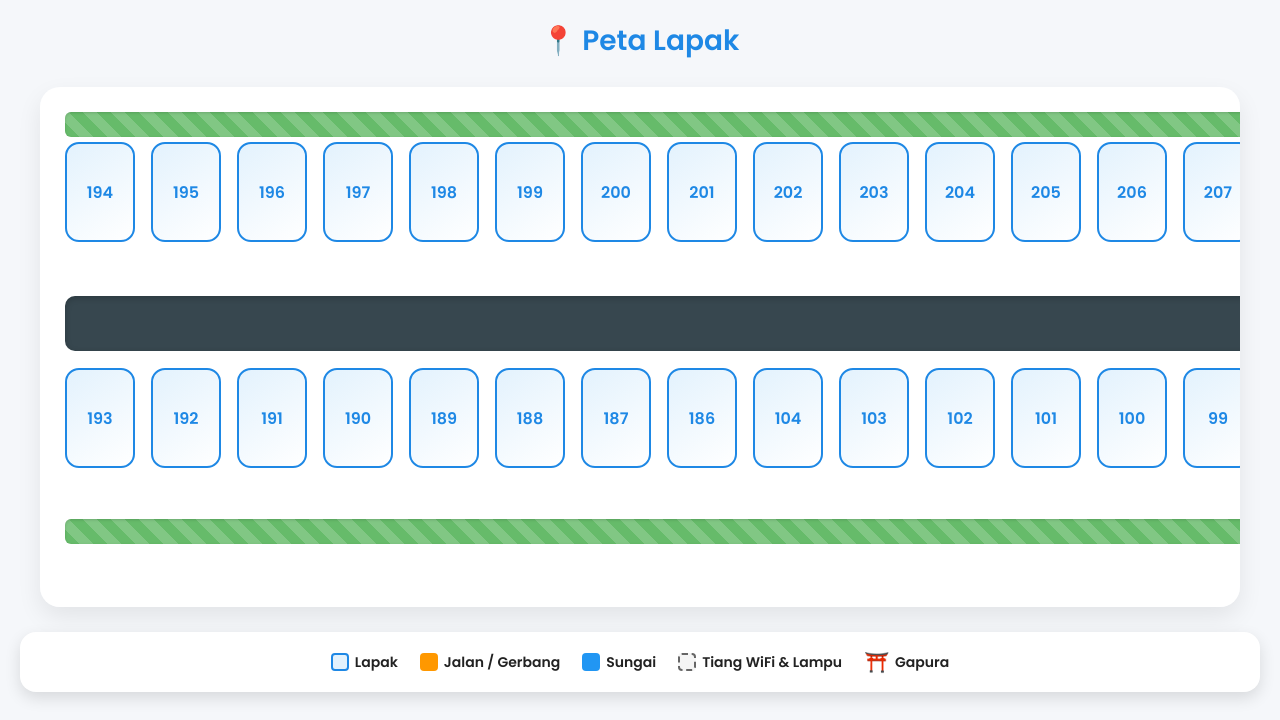
Repository: pasarrakyatbak/denah
Page: index.html
These files come from the project's save history. The page is drawn as it stood at one moment and after the next save; the edit follows.
The browser window is 1280 px wide. The pictures show the whole page.

Above is the page before, as saved 2025-09-19 19:43:36.

### index.html
<!DOCTYPE html>
<html lang="id">

<head>
    <meta charset="utf-8" />
    <meta name="viewport" content="width=device-width, initial-scale=1" />
    <title>Peta Lapak Modern</title>
    <link href="https://fonts.googleapis.com/css2?family=Poppins:wght@400;600&display=swap" rel="stylesheet">
    <link rel="stylesheet" href="style.css" />
</head>

<body>
    <h1>📍 Peta Lapak</h1>

    <!-- Tooltip -->
    <div class="tooltip" id="tooltip"></div>

    <!-- Grid Container -->
    <div class="scroll-container">
        <div class="h-inner">
            <!-- Rumput kiri -->
            <div class="rumput-wrapper">
                <div class="rumput"></div>
            </div>

            <!-- Lapak kanan (sekarang di atas jalan utama) -->
            <div class="row bottom" id="right-side"></div>
            <!-- Jalan utama -->
            <div class="road-wrapper">
                <div class="road">JALAN UTAMA</div>
            </div>

            <!-- Lapak kiri (sekarang di bawah jalan utama) -->
            <div class="row top" id="left-side"></div>

            <!-- Rumput kanan -->
            <div class="rumput-wrapper">
                <div class="rumput"></div>
            </div>
        </div>
    </div>


    <!-- Legend -->
    <div class="legend">
        <div>
            <div class="legend-color lapak-color"></div> Lapak
        </div>
        <div>
            <div class="legend-color jalan-color"></div> Jalan / Gerbang
        </div>
        <div>
            <div class="legend-color sungai-color"></div> Sungai
        </div>
        <div>
            <div class="legend-color tiang-color"></div> Tiang WiFi & Lampu
        </div>
        <div>
            <div class="legend-icon">⛩️</div> Gapura
        </div>
    </div>
    </div>

    <script src="script.js"></script>
</body>

</html>

### style.css
/* Reset & Base */
* {
    margin: 0;
    padding: 0;
    box-sizing: border-box;
}

body {
    font-family: 'Poppins', sans-serif;
    background: #f5f7fa;
    color: #222;
    padding: 20px;
    text-align: center;
}

h1 {
    font-size: 28px;
    margin-bottom: 25px;
    color: #1e88e5;
    font-weight: 700;
}

/* Scroll container */
.scroll-container {
    width: 100%;
    max-width: 1200px;
    height: 520px;
    overflow: auto;
    background: #fff;
    border-radius: 20px;
    padding: 25px;
    box-shadow: 0 10px 25px rgba(0, 0, 0, 0.08);
    margin: auto;
}

.h-inner {
    display: flex;
    flex-direction: column;
    gap: 5px;
    min-width: max-content;
}

.row {
    display: flex;
    gap: 16px;
    align-items: flex-start;
    flex-wrap: wrap;
    min-width: max-content;
}

/* Lapak modern */
.lapak {
    width: 70px;
    height: 100px;
    border-radius: 14px;
    background: linear-gradient(145deg, #e3f2fd, #ffffff);
    border: 2px solid #1e88e5;
    color: #1e88e5;
    font-weight: 600;
    display: flex;
    align-items: center;
    justify-content: center;
    cursor: pointer;
    font-size: 16px;
    transition: all 0.3s ease;
}

.lapak:hover {
    background: #1e88e5;
    color: #fff;
    transform: translateY(-6px) scale(1.08);
    box-shadow: 0 10px 18px rgba(30, 136, 229, 0.35);
}

/* Jalan utama */
.road {
    height: 85px;
    background: #37474f;
    color: #fff;
    display: flex;
    align-items: center;
    justify-content: center;
    border-radius: 14px;
    font-weight: 700;
    font-size: 16px;
    margin: 12px 0;
    letter-spacing: 1px;
    box-shadow: inset 0 2px 6px rgba(0, 0, 0, 0.2);
}

/* Jalan / Gerbang */
.jalan-gerbang {
    width: 150px;
    height: 50px;
    background: #ff9800;
    color: #fff;
    display: flex;
    align-items: center;
    justify-content: center;
    border-radius: 12px;
    font-weight: 700;
    transition: all 0.3s;
    box-shadow: 0 4px 12px rgba(255, 152, 0, 0.3);
}

.jalan-gerbang:hover {
    background: #fb8c00;
    transform: translateY(-4px);
}

/* Gapura lintas jalan */
.gapura-container {
    width: 70px;
    height: 100px;
    display: flex;
    flex-direction: column;
    align-items: center;
    justify-content: center;
    gap: 4px;
}

.gapura-icon {
    font-size: 26px;
}

.gapura-arrow {
    font-size: 18px;
}

/* Sungai */
.sungai-bawah {
    background: linear-gradient(180deg, #2196f3 0%, #64b5f6 100%);
    border-radius: 12px;
    color: #fff;
    font-weight: 600;
    display: flex;
    align-items: center;
    justify-content: center;
    font-size: 0.85em;
    width: 120%;
    height: 40px;
    box-shadow: 0 3px 8px rgba(33, 150, 243, 0.4);
}

.sungai-atas {
    background: linear-gradient(90deg, #00bfff, #4fc3f7);
    color: #fff;
    font-size: 12px;
    font-weight: bold;
    padding: 4px 10px;
    border-radius: 8px;
    margin-bottom: 5px;
}

/* Tiang WiFi + Lampu */
.tiang-container {
    position: relative;
    top: 50px;
    left: 52%;
    transform: translateX(-50%);
    z-index: 5;
    min-width: 120px;
    padding: 8px 12px;
    background: #fafafa;
    border: 2px dashed #666;
    border-radius: 16px;
    display: flex;
    align-items: center;
    justify-content: center;
    gap: 12px;
    font-size: 22px;
    font-weight: bold;
    color: #444;
    box-shadow: inset 0 2px 6px rgba(0, 0, 0, 0.05);
}

.tiang-label {
    font-size: 11px;
    font-weight: 600;
    color: #222;
}


/* Tooltip */
.tooltip {
    position: absolute;
    background: rgba(30, 136, 229, 0.95);
    color: #fff;
    padding: 7px 12px;
    border-radius: 8px;
    font-size: 13px;
    pointer-events: none;
    opacity: 0;
    transition: opacity 0.2s, transform 0.2s;
    z-index: 10;
    transform: translateY(-4px);
}

/* Legend */
.legend {
    margin-top: 25px;
    background: #fff;
    padding: 14px 20px;
    border-radius: 16px;
    box-shadow: 0 6px 16px rgba(0, 0, 0, 0.12);
    font-size: 14px;
    font-weight: 600;
    line-height: 1.6;
    display: flex;
    gap: 22px;
    justify-content: center;
    flex-wrap: wrap;
}

.legend div {
    display: flex;
    align-items: center;
    gap: 6px;
}

.legend-color {
    width: 18px;
    height: 18px;
    border-radius: 4px;
}

.legend-icon {
    font-size: 20px;
}

/* Legend colors */
.lapak-color {
    background: #e3f2fd;
    border: 2px solid #1e88e5;
}

.jalan-color {
    background: #ff9800;
}

.sungai-color {
    background: #2196f3;
}

.tiang-color {
    background: #f5f5f5;
    border: 2px dashed #666;
}

/* Wrapper */
.lapak-wrapper {
    display: flex;
    flex-direction: column;
    align-items: center;
    gap: 6px;
}

.lapak-wrapper .lapak {
    order: 2;
}

.lapak-wrapper .jalan-gerbang,
.lapak-wrapper .gapura-container,
.lapak-wrapper .sungai-atas,
.lapak-wrapper .sungai-bawah,
.lapak-wrapper .tiang-container {
    order: 1;
}

/* Bungkus jalan + rumput */
.road-wrapper {
    display: flex;
    flex-direction: column;
    gap: 6px;
    width: 100%;
}

/* Jalan utama penuh kiri kanan */
.road {
    height: 55px;
    width: 100%;
    background: #37474f;
    color: #fff;
    display: flex;
    align-items: center;
    justify-content: center;
    border-radius: 10px;
    font-weight: 700;
    font-size: 16px;
    letter-spacing: 1px;
    box-shadow: inset 0 2px 6px rgba(0, 0, 0, 0.2);
}

.rumput-wrapper {
    position: relative;
}

.rumput {
    height: 25px;
    width: 100%;
    background: repeating-linear-gradient(45deg,
            #66bb6a,
            #66bb6a 10px,
            #81c784 10px,
            #81c784 20px);
    border-radius: 6px;
    box-shadow: inset 0 1px 3px rgba(0, 0, 0, 0.15);
}

/* Sungai samping */
.sungai-side {
    width: 100%;
    height: 28px;
    background: linear-gradient(90deg, #2196f3, #64b5f6);
    border-radius: 6px;
    color: #fff;
    font-weight: 600;
    font-size: 13px;
    display: flex;
    align-items: center;
    justify-content: center;
    gap: 6px;
    box-shadow: inset 0 2px 5px rgba(0, 0, 0, 0.2);
    margin: 6px 0;
}

/* Responsive */
@media(max-width:900px) {
    .scroll-container {
        height: 450px;
    }

    .lapak {
        width: 60px;
        height: 90px;
        font-size: 14px;
    }

    .jalan-gerbang {
        width: 120px;
        height: 45px;
        font-size: 13px;
    }
}

@media(max-width:600px) {
    body {
        padding: 12px;
    }

    h1 {
        font-size: 22px;
    }

    .scroll-container {
        height: 400px;
        padding: 12px;
    }

    .lapak {
        width: 50px;
        height: 80px;
        font-size: 13px;
    }

    .jalan-gerbang {
        width: 100px;
        height: 40px;
        font-size: 12px;
    }

    .sungai-bawah {
        width: 100%;
        height: 35px;
        font-size: 0.75em;
    }
}

### script.js
// DATA NOMOR
const leftNumbers = [1, 2, 3, 4, 5, 6, 7, 8, 9, 10, 11, 15, 16, 17, 18, 19, 20, 21, 22, 23, 24, 25, 26, 27, 28, 29, 30, 31, 32, 33, 34, 35, 36, 37, 38, 39, 40, 41, 42, 43, 44, 45, 46, 47, 48, 49, 50, 51, 52, 53, 54, 55, 56, 57, 58, 59, 60, 61, 62, 63, 64, 65, 66, 67, 68, 69, 70, 71, 72, 73, 74, 75, 76, 77, 78, 79, 80, 81, 82, 83, 84, 85, 86, 87, 88, 89, 90, 91, 92, 93, 94, 95, 96, 97, 98, 99, 100, 101, 102, 103, 104, 186, 187, 188, 189, 190, 191, 192, 193];
const rightNumbers = [194, 195, 196, 197, 198, 199, 200, 201, 202, 203, 204, 205, 206, 207, 208, 209, 210, 211, 212, 213, 105, 106, 107, 108, 109, 110, 111, 112, 113, 114, 115, 116, 117, 118, 119, 120, 121, 122, 123, 124, 125, 126, 127, 128, 129, 130, 131, 132, 133, 134, 135, 136, 137, 138, 214, 215, 216, 139, 140, 141, 142, 143, 144, 145, 146, 147, 148, 149, 150, 151, 152, 153, 154, 155, 156, 157, 158, 159, 160, 161, 162, 163, 164, 165, 166, 167, 168, 169, 170, 171, 172, 173, 174, 175, 176, 177, 178, 179, 180, 181, 182, 183, 184, 185];

const rightSide = document.getElementById('right-side');
const leftSide = document.getElementById('left-side');

// Buat lapak
function makeLapak(num) {
    const d = document.createElement('div');
    d.className = 'lapak';
    d.textContent = num;
    return d;
}

rightNumbers.forEach(n => rightSide.appendChild(makeLapak(n)));
leftNumbers.slice().reverse().forEach(n => leftSide.appendChild(makeLapak(n)));

// Gerbang
function insertGerbangBetween(parent, a, b, label = 'Gerbang') {
    const children = Array.from(parent.children);
    const idxA = children.findIndex(c => c.textContent == String(a));
    const idxB = children.findIndex(c => c.textContent == String(b));
    if (idxA === -1 || idxB === -1) return;
    const insertAfterIndex = Math.min(idxA, idxB);
    const refNode = parent.children[insertAfterIndex + 1] || null;
    const g = document.createElement('div');
    g.className = 'jalan-gerbang';
    g.textContent = label;
    parent.insertBefore(g, refNode);
}
insertGerbangBetween(leftSide, 2, 3);
insertGerbangBetween(leftSide, 11, 15);

// Gapura lintas jalan
function insertGapura(leftParent, rightParent, a, b) {
    const idxL = Array.from(leftParent.children).findIndex(c => c.textContent == a);
    const idxR = Array.from(rightParent.children).findIndex(c => c.textContent == b);
    if (idxL === -1 || idxR === -1) return;

    const gapuraBottom = document.createElement('div');
    gapuraBottom.className = 'gapura-container';
    gapuraBottom.innerHTML = `<div class="gapura-icon">⛩️</div><div class="gapura-arrow">⬆️</div>`;
    leftParent.insertBefore(gapuraBottom, leftParent.children[idxL + 1]);

    const gapuraTop = document.createElement('div');
    gapuraTop.className = 'gapura-container';
    gapuraTop.innerHTML = `<div class="gapura-arrow">⬇️</div><div class="gapura-icon">⛩️</div>`;
    rightParent.insertBefore(gapuraTop, rightParent.children[idxR]);
}
insertGapura(leftSide, rightSide, 57, 146);

// Sungai
function placeSungaiBelow(parent, num) {
    const target = Array.from(parent.children).find(c => c.textContent == num);
    if (!target) return;
    const wrapper = document.createElement('div');
    wrapper.className = 'lapak-wrapper';
    wrapper.setAttribute('data-lapak', num);
    parent.insertBefore(wrapper, target);
    wrapper.appendChild(target);

    const sungai = document.createElement('div');
    sungai.className = 'sungai-bawah';
    sungai.textContent = 'Sungai';
    wrapper.appendChild(sungai);
}
function placeSungaiAbove(parent, num) {
    const target = Array.from(parent.children).find(c => c.textContent == num);
    if (!target) return;
    const wrapper = document.createElement('div');
    wrapper.className = 'lapak-wrapper';
    wrapper.setAttribute('data-lapak', num);
    parent.insertBefore(wrapper, target);
    wrapper.appendChild(target);

    const sungai = document.createElement('div');
    sungai.className = 'sungai-atas';
    sungai.textContent = 'Sungai';
    wrapper.insertBefore(sungai, target);
}
placeSungaiBelow(leftSide, 62);
placeSungaiAbove(rightSide, 141);

function insertTiang(parent, a, b = null) {
    const children = Array.from(parent.children);

    if (b === null) {
        // Mode 1: tiang tepat di atas lapak a
        const target = children.find(c => c.textContent == a);
        if (!target) return;

        const wrapper = document.createElement('div');
        wrapper.className = 'lapak-wrapper';
        parent.insertBefore(wrapper, target);
        wrapper.appendChild(target);

        const tiang = document.createElement('div');
        tiang.className = 'tiang-container';
        tiang.innerHTML = `📡<div class="tiang-label">WiFi</div>💡<div class="tiang-label">Lampu</div>`;
        wrapper.insertBefore(tiang, target);

    } else {
        // Mode 2: tiang di antara lapak a dan b
        const idxA = children.findIndex(c => c.textContent == a);
        const idxB = children.findIndex(c => c.textContent == b);
        if (idxA === -1 || idxB === -1) return;

        const insertAfter = Math.min(idxA, idxB);
        const refNode = parent.children[insertAfter + 1] || null;

        const tiang = document.createElement('div');
        tiang.className = 'tiang-container';
        tiang.innerHTML = `📡<div class="tiang-label">WiFi</div>💡<div class="tiang-label">Lampu</div>`;
        parent.insertBefore(tiang, refNode);
    }
}



// Jalan
function insertJalan(parent, a, b, label = 'Jalan') {
    const idxA = Array.from(parent.children).findIndex(c => c.textContent == a);
    const idxB = Array.from(parent.children).findIndex(c => c.textContent == b);
    if (idxA === -1 || idxB === -1) return;
    const insertAfter = Math.min(idxA, idxB);
    const refNode = parent.children[insertAfter + 1] || null;
    const jalan = document.createElement('div');
    jalan.className = 'jalan-gerbang';
    jalan.textContent = label;
    parent.insertBefore(jalan, refNode);
}

// Contoh insert
insertJalan(rightSide, 156, 157);
insertJalan(rightSide, 216, 139);
insertJalan(rightSide, 163, 164);
insertJalan(rightSide, 180, 181);
insertTiang(rightSide, 20, 201);
insertTiang(rightSide, 108, 109);
insertTiang(rightSide, 124, 125);
insertTiang(rightSide, 137, 138);

const tooltip = document.getElementById('tooltip');

function showTooltip(e, text) {
    tooltip.textContent = text;
    tooltip.style.left = e.pageX + 10 + 'px';
    tooltip.style.top = e.pageY + 10 + 'px';
    tooltip.style.opacity = 1;
}

function hideTooltip() {
    tooltip.style.opacity = 0;
}

// Tambahkan tooltip untuk setiap elemen
document.querySelectorAll('.lapak').forEach(el => {
    el.addEventListener('mouseenter', e => showTooltip(e, 'Lapak #' + el.textContent));
    el.addEventListener('mousemove', e => showTooltip(e, 'Lapak #' + el.textContent));
    el.addEventListener('mouseleave', hideTooltip);
});

document.querySelectorAll('.jalan-gerbang').forEach(el => {
    el.addEventListener('mouseenter', e => showTooltip(e, 'Jalan / Gerbang: ' + el.textContent));
    el.addEventListener('mousemove', e => showTooltip(e, 'Jalan / Gerbang: ' + el.textContent));
    el.addEventListener('mouseleave', hideTooltip);
});

document.querySelectorAll('.sungai-bawah, .sungai-atas').forEach(el => {
    el.addEventListener('mouseenter', e => showTooltip(e, 'Sungai'));
    el.addEventListener('mousemove', e => showTooltip(e, 'Sungai'));
    el.addEventListener('mouseleave', hideTooltip);
});

document.querySelectorAll('.tiang-container').forEach(el => {
    el.addEventListener('mouseenter', e => showTooltip(e, 'Tiang WiFi & Lampu'));
    el.addEventListener('mousemove', e => showTooltip(e, 'Tiang WiFi & Lampu'));
    el.addEventListener('mouseleave', hideTooltip);
});

document.querySelectorAll('.gapura-container').forEach(el => {
    el.addEventListener('mouseenter', e => showTooltip(e, 'Gapura Lintas Jalan'));
    el.addEventListener('mousemove', e => showTooltip(e, 'Gapura Lintas Jalan'));
    el.addEventListener('mouseleave', hideTooltip);
});

After the next save:
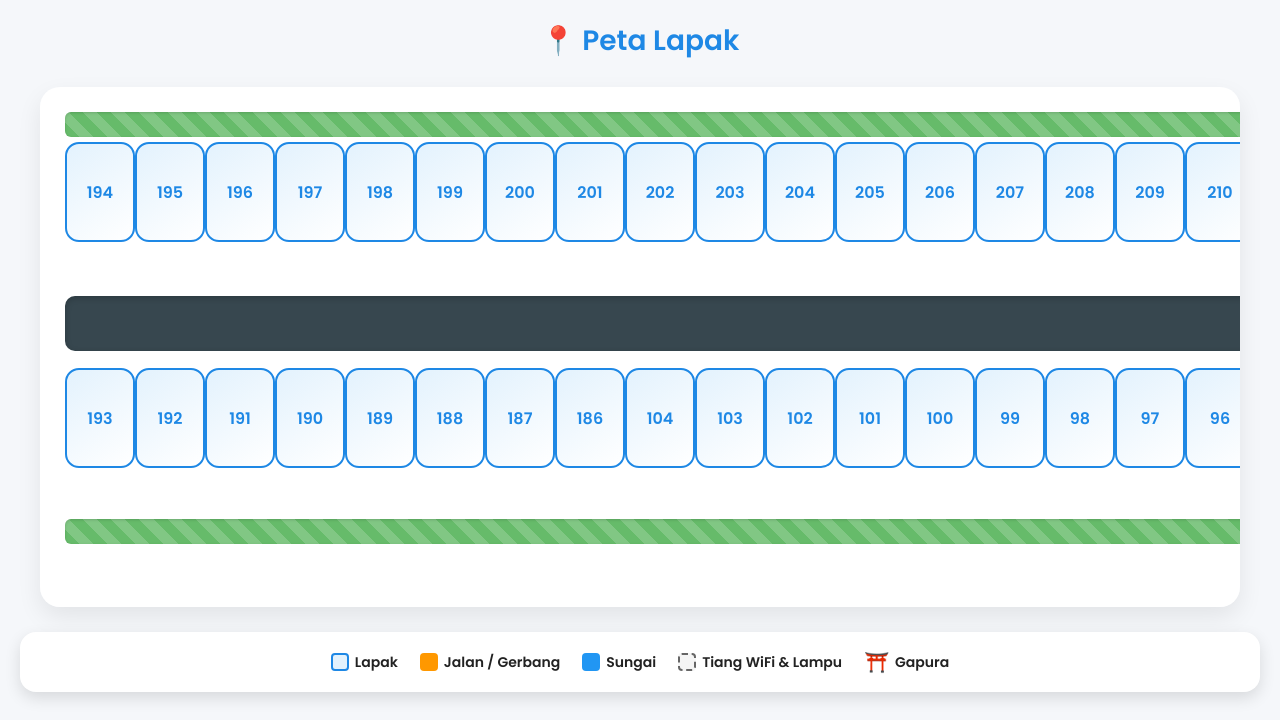
Saved 9 s later.
--- a/style.css
+++ b/style.css
@@ -42,7 +42,6 @@ h1 {
 
 .row {
     display: flex;
-    gap: 16px;
     align-items: flex-start;
     flex-wrap: wrap;
     min-width: max-content;
